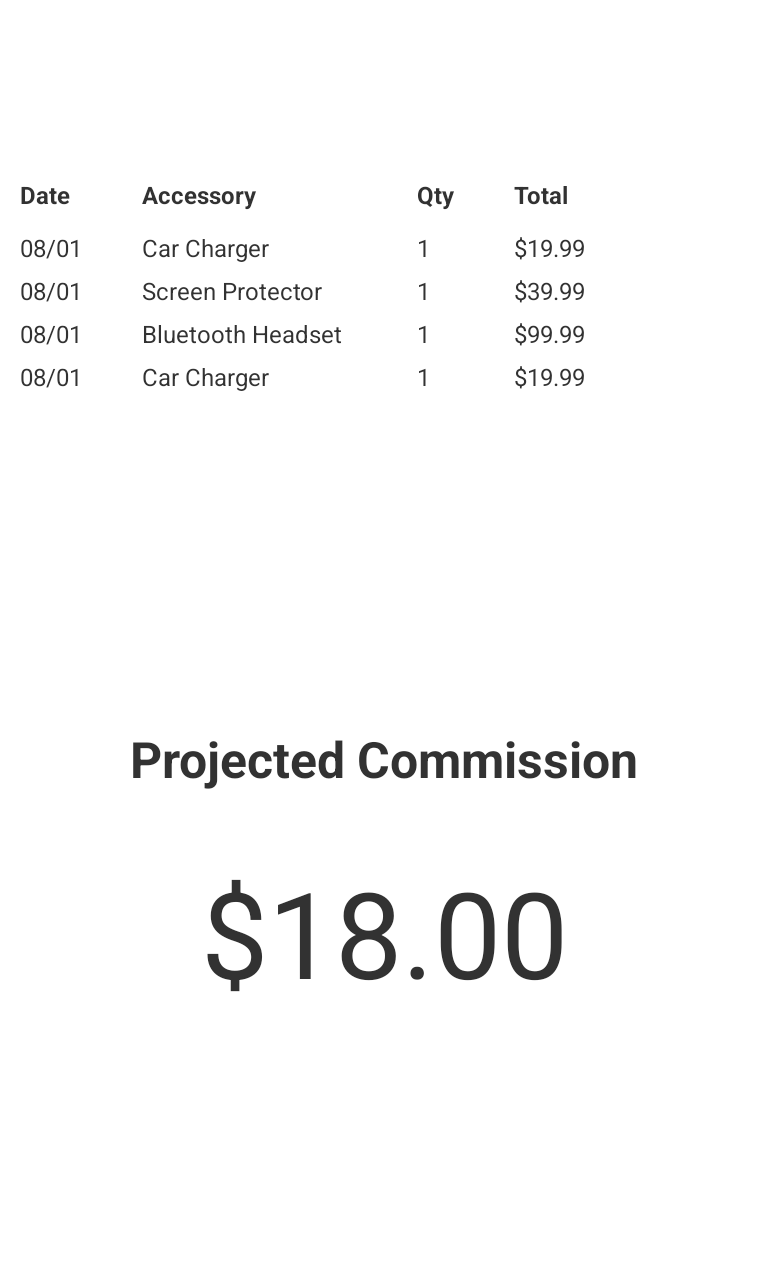
Repository: jemcphe/XCell
Layout: XCell/res/layout/data_accessory.xml
These files come from the project's save history. The layout is drawn as it stood at one moment and after the next save; the edit follows.
It is drawn on a 768 x 1280 px phone screen (xhdpi) without system bars, with theme Theme.Xcell; the app's code is not run.

Above is the layout before, as saved 2013-08-17 01:09:02.

### XCell/res/layout/data_accessory.xml
<?xml version="1.0" encoding="utf-8"?>
<RelativeLayout xmlns:android="http://schemas.android.com/apk/res/android"
    android:layout_width="match_parent"
    android:layout_height="match_parent" >

    <ScrollView
        android:id="@+id/scrollView1"
        android:layout_width="match_parent"
        android:layout_height="wrap_content"
        android:layout_alignParentLeft="true"
        android:layout_alignParentTop="true"
        android:layout_marginTop="57dp" >

        <LinearLayout
            android:layout_width="match_parent"
            android:layout_height="match_parent"
            android:orientation="vertical" >

            <GridLayout
                android:layout_width="match_parent"
                android:layout_height="wrap_content"
                android:layout_alignParentTop="true"
                android:layout_centerHorizontal="true"
                android:layout_marginLeft="10dp"
                android:layout_marginRight="10dp"
                android:layout_marginTop="32dp"
                android:columnCount="4" >
		<!-- ************************ Header Row ************************ -->
                <TextView
                    android:layout_width="wrap_content"
                    android:layout_height="wrap_content"
                    android:paddingBottom="10dp"
                    android:paddingRight="30dp"
                    android:text="Date"
                    android:textSize="12sp"
                    android:textStyle="bold" />

                <TextView
                    android:layout_width="wrap_content"
                    android:layout_height="wrap_content"
                    android:paddingBottom="10dp"
                    android:paddingRight="80dp"
                    android:text="Accessory"
                    android:textSize="12sp"
                    android:textStyle="bold" />

                <TextView
                    android:layout_width="wrap_content"
                    android:layout_height="wrap_content"
                    android:paddingBottom="10dp"
                    android:paddingRight="30dp"
                    android:text="Qty"
                    android:textSize="12sp"
                    android:textStyle="bold" />

                <TextView
                    android:layout_width="wrap_content"
                    android:layout_height="wrap_content"
                    android:paddingBottom="10dp"
                    android:text="Total"
                    android:textSize="12sp"
                    android:textStyle="bold" />

         <!-- *********************** Dummy Accessories ********************** -->

         		<TextView
                    android:layout_width="wrap_content"
                    android:layout_height="wrap_content"
                    android:paddingBottom="5dp"
                    android:paddingRight="30dp"
                    android:text="08/01"
                    android:textSize="12sp" />

                <TextView
                    android:layout_width="wrap_content"
                    android:layout_height="wrap_content"
                    android:paddingBottom="5dp"
                    android:text="Car Charger"
                    android:textSize="12sp" />

                <TextView
                    android:layout_width="wrap_content"
                    android:layout_height="wrap_content"
                    android:paddingBottom="5dp"
                    android:text="1"
                    android:textSize="12sp" />

                <TextView
                    android:layout_width="wrap_content"
                    android:layout_height="wrap_content"
                    android:paddingBottom="5dp"
                    android:text="$19.99"
                    android:textSize="12sp" />

                <!-- ********* 2 ********** -->
                <TextView
                    android:layout_width="wrap_content"
                    android:layout_height="wrap_content"
                    android:paddingBottom="5dp"
                    android:paddingRight="30dp"
                    android:text="08/01"
                    android:textSize="12sp" />

                <TextView
                    android:layout_width="wrap_content"
                    android:layout_height="wrap_content"
                    android:paddingBottom="5dp"
                    android:text="Screen Protector"
                    android:textSize="12sp" />

                <TextView
                    android:layout_width="wrap_content"
                    android:layout_height="wrap_content"
                    android:paddingBottom="5dp"
                    android:text="1"
                    android:textSize="12sp" />

                <TextView
                    android:layout_width="wrap_content"
                    android:layout_height="wrap_content"
                    android:paddingBottom="5dp"
                    android:text="$39.99"
                    android:textSize="12sp" />

                <!-- ********* 3 ********** -->
                <TextView
                    android:layout_width="wrap_content"
                    android:layout_height="wrap_content"
                    android:paddingBottom="5dp"
                    android:paddingRight="30dp"
                    android:text="08/01"
                    android:textSize="12sp" />

                <TextView
                    android:layout_width="wrap_content"
                    android:layout_height="wrap_content"
                    android:paddingBottom="5dp"
                    android:text="Bluetooth Headset"
                    android:textSize="12sp" />

                <TextView
                    android:layout_width="wrap_content"
                    android:layout_height="wrap_content"
                    android:paddingBottom="5dp"
                    android:text="1"
                    android:textSize="12sp" />

                <TextView
                    android:layout_width="wrap_content"
                    android:layout_height="wrap_content"
                    android:paddingBottom="5dp"
                    android:text="$99.99"
                    android:textSize="12sp" />

                <!-- ********* 4 ********** -->
                <TextView
                    android:layout_width="wrap_content"
                    android:layout_height="wrap_content"
                    android:paddingBottom="5dp"
                    android:paddingRight="30dp"
                    android:text="08/01"
                    android:textSize="12sp" />

                <TextView
                    android:layout_width="wrap_content"
                    android:layout_height="wrap_content"
                    android:paddingBottom="5dp"
                    android:text="Car Charger"
                    android:textSize="12sp" />

                <TextView
                    android:layout_width="wrap_content"
                    android:layout_height="wrap_content"
                    android:paddingBottom="5dp"
                    android:text="1"
                    android:textSize="12sp" />

                <TextView
                    android:layout_width="wrap_content"
                    android:layout_height="wrap_content"
                    android:paddingBottom="5dp"
                    android:text="$19.99"
                    android:textSize="12sp" />

            </GridLayout>
        </LinearLayout>
    </ScrollView>

    <LinearLayout
        android:id="@+id/data_accessoryProjectedLayout"
        android:layout_width="match_parent"
        android:layout_height="wrap_content"
        android:layout_below="@+id/scrollView1"
        android:layout_centerHorizontal="true"
        android:layout_marginTop="116dp"
        android:orientation="vertical" >

        <TextView
        android:id="@+id/data_accessoryCommissionLabel"
        android:layout_width="match_parent"
        android:layout_height="wrap_content"
        android:layout_centerHorizontal="true"
        android:gravity="center"
        android:layout_marginTop="45dp"
        android:textSize="25sp"
        android:textStyle="bold"
        android:text="Projected Commission" />

        <TextView
            android:id="@+id/data_accessoryCommissionValue"
            android:layout_width="match_parent"
            android:layout_height="wrap_content"
            android:layout_marginTop="30dp"
            android:gravity="center"
            android:text="$18.00"
            android:textSize="60sp" />

    </LinearLayout>

</RelativeLayout>

### XCell/res/values/styles_xcell.xml
<?xml version="1.0" encoding="utf-8"?>

<resources>

    <style name="Theme.Xcell" parent="@android:style/Theme.Holo.Light">
        <item name="android:actionBarItemBackground">@drawable/selectable_background_xcell</item>
        <item name="android:popupMenuStyle">@style/PopupMenu.Xcell</item>
        <item name="android:dropDownListViewStyle">@style/DropDownListView.Xcell</item>
        <item name="android:actionBarTabStyle">@style/ActionBarTabStyle.Xcell</item>
        <item name="android:actionDropDownStyle">@style/DropDownNav.Xcell</item>
        <item name="android:actionBarStyle">@style/ActionBar.Solid.Xcell</item>
        <item name="android:actionModeBackground">@drawable/cab_background_top_xcell</item>
        <item name="android:actionModeSplitBackground">@drawable/cab_background_bottom_xcell</item>
        <item name="android:actionModeCloseButtonStyle">@style/ActionButton.CloseMode.Xcell</item>


    </style>

    <style name="ActionBar.Solid.Xcell" parent="@android:style/Widget.Holo.Light.ActionBar.Solid">
        <item name="android:background">@drawable/ab_background_textured_xcell</item>
        <item name="android:backgroundStacked">@drawable/ab_stacked_solid_xcell</item>
        <item name="android:backgroundSplit">@drawable/ab_background_textured_xcell</item>
        <item name="android:progressBarStyle">@style/ProgressBar.Xcell</item>
    </style>

    <style name="ActionBar.Transparent.Xcell" parent="@android:style/Widget.Holo.Light.ActionBar">
        <item name="android:background">@drawable/ab_transparent_xcell</item>
        <item name="android:progressBarStyle">@style/ProgressBar.Xcell</item>
    </style>

    <style name="PopupMenu.Xcell" parent="@android:style/Widget.Holo.Light.ListPopupWindow">
        <item name="android:popupBackground">@drawable/menu_dropdown_panel_xcell</item>
    </style>

    <style name="DropDownListView.Xcell" parent="@android:style/Widget.Holo.Light.ListView.DropDown">
        <item name="android:listSelector">@drawable/selectable_background_xcell</item>
    </style>

    <style name="ActionBarTabStyle.Xcell" parent="@android:style/Widget.Holo.Light.ActionBar.TabView">
        <item name="android:background">@drawable/tab_indicator_ab_xcell</item>
    </style>

    <style name="DropDownNav.Xcell" parent="@android:style/Widget.Holo.Light.Spinner">
        <item name="android:background">@drawable/spinner_background_ab_xcell</item>
        <item name="android:popupBackground">@drawable/menu_dropdown_panel_xcell</item>
        <item name="android:dropDownSelector">@drawable/selectable_background_xcell</item>
    </style>

    <style name="ProgressBar.Xcell" parent="@android:style/Widget.Holo.Light.ProgressBar.Horizontal">
        <item name="android:progressDrawable">@drawable/progress_horizontal_xcell</item>
    </style>

    <style name="ActionButton.CloseMode.Xcell" parent="@android:style/Widget.Holo.Light.ActionButton.CloseMode">
        <item name="android:background">@drawable/btn_cab_done_xcell</item>
    </style>

    <!-- this style is only referenced in a Light.DarkActionBar based theme -->
    <style name="Theme.Xcell.Widget" parent="@android:style/Theme.Holo">
        <item name="android:popupMenuStyle">@style/PopupMenu.Xcell</item>
        <item name="android:dropDownListViewStyle">@style/DropDownListView.Xcell</item>
    </style>

</resources>

### XCell/res/drawable/selectable_background_xcell.xml
<?xml version="1.0" encoding="utf-8"?>
<!-- File created by the Android Action Bar Style Generator

     Copyright (C) 2011 The Android Open Source Project
     Copyright (C) 2012 readyState Software Ltd

     Licensed under the Apache License, Version 2.0 (the "License");
     you may not use this file except in compliance with the License.
     You may obtain a copy of the License at

          http://www.apache.org/licenses/LICENSE-2.0

     Unless required by applicable law or agreed to in writing, software
     distributed under the License is distributed on an "AS IS" BASIS,
     WITHOUT WARRANTIES OR CONDITIONS OF ANY KIND, either express or implied.
     See the License for the specific language governing permissions and
     limitations under the License.
-->

<selector xmlns:android="http://schemas.android.com/apk/res/android"
        android:exitFadeDuration="@android:integer/config_mediumAnimTime" >
    <item android:state_pressed="false" android:state_focused="true" android:drawable="@drawable/list_focused_xcell" />
    <item android:state_pressed="true" android:drawable="@drawable/pressed_background_xcell" />
    <item android:drawable="@android:color/transparent" />
</selector>

### XCell/res/drawable/btn_cab_done_xcell.xml
<?xml version="1.0" encoding="utf-8"?>
<!-- File created by the Android Action Bar Style Generator

     Copyright (C) 2011 The Android Open Source Project
     Copyright (C) 2012 readyState Software Ltd

     Licensed under the Apache License, Version 2.0 (the "License");
     you may not use this file except in compliance with the License.
     You may obtain a copy of the License at

          http://www.apache.org/licenses/LICENSE-2.0

     Unless required by applicable law or agreed to in writing, software
     distributed under the License is distributed on an "AS IS" BASIS,
     WITHOUT WARRANTIES OR CONDITIONS OF ANY KIND, either express or implied.
     See the License for the specific language governing permissions and
     limitations under the License.
-->

<selector xmlns:android="http://schemas.android.com/apk/res/android">
    <item android:state_pressed="true"
        android:drawable="@drawable/btn_cab_done_pressed_xcell" />
    <item android:state_focused="true" android:state_enabled="true"
        android:drawable="@drawable/btn_cab_done_focused_xcell" />
    <item android:state_enabled="true"
        android:drawable="@drawable/btn_cab_done_default_xcell" />
</selector>

### XCell/res/drawable/ab_background_textured_xcell.xml
<?xml version="1.0" encoding="utf-8"?>
<!-- File created by the Android Action Bar Style Generator

     Copyright (C) 2012 readyState Software Ltd

     Licensed under the Apache License, Version 2.0 (the "License");
     you may not use this file except in compliance with the License.
     You may obtain a copy of the License at

          http://www.apache.org/licenses/LICENSE-2.0

     Unless required by applicable law or agreed to in writing, software
     distributed under the License is distributed on an "AS IS" BASIS,
     WITHOUT WARRANTIES OR CONDITIONS OF ANY KIND, either express or implied.
     See the License for the specific language governing permissions and
     limitations under the License.
-->

<bitmap xmlns:android="http://schemas.android.com/apk/res/android"
    android:src="@drawable/ab_texture_tile_xcell"
    android:tileMode="repeat" />

### XCell/res/drawable/progress_horizontal_xcell.xml
<?xml version="1.0" encoding="utf-8"?>
<!-- File created by the Android Action Bar Style Generator

     Copyright (C) 2011 The Android Open Source Project
     Copyright (C) 2012 readyState Software Ltd

     Licensed under the Apache License, Version 2.0 (the "License");
     you may not use this file except in compliance with the License.
     You may obtain a copy of the License at

          http://www.apache.org/licenses/LICENSE-2.0

     Unless required by applicable law or agreed to in writing, software
     distributed under the License is distributed on an "AS IS" BASIS,
     WITHOUT WARRANTIES OR CONDITIONS OF ANY KIND, either express or implied.
     See the License for the specific language governing permissions and
     limitations under the License.
-->

<layer-list xmlns:android="http://schemas.android.com/apk/res/android">

    <item android:id="@android:id/background"
          android:drawable="@drawable/progress_bg_xcell" />

    <item android:id="@android:id/secondaryProgress">
        <scale android:scaleWidth="100%"
               android:drawable="@drawable/progress_secondary_xcell" />
    </item>

    <item android:id="@android:id/progress">
        <scale android:scaleWidth="100%"
               android:drawable="@drawable/progress_primary_xcell" />
    </item>

</layer-list>

### XCell/res/drawable/spinner_background_ab_xcell.xml
<?xml version="1.0" encoding="utf-8"?>
<!-- File created by the Android Action Bar Style Generator

     Copyright (C) 2011 The Android Open Source Project
     Copyright (C) 2012 readyState Software Ltd

     Licensed under the Apache License, Version 2.0 (the "License");
     you may not use this file except in compliance with the License.
     You may obtain a copy of the License at

          http://www.apache.org/licenses/LICENSE-2.0

     Unless required by applicable law or agreed to in writing, software
     distributed under the License is distributed on an "AS IS" BASIS,
     WITHOUT WARRANTIES OR CONDITIONS OF ANY KIND, either express or implied.
     See the License for the specific language governing permissions and
     limitations under the License.
-->

<selector xmlns:android="http://schemas.android.com/apk/res/android">
    <item android:state_enabled="false"
        android:drawable="@drawable/spinner_ab_disabled_xcell" />
    <item android:state_pressed="true"
        android:drawable="@drawable/spinner_ab_pressed_xcell" />
    <item android:state_pressed="false" android:state_focused="true"
        android:drawable="@drawable/spinner_ab_focused_xcell" />
    <item android:drawable="@drawable/spinner_ab_default_xcell" />
</selector>

### XCell/res/drawable/tab_indicator_ab_xcell.xml
<?xml version="1.0" encoding="utf-8"?>
<!-- File created by the Android Action Bar Style Generator

     Copyright (C) 2011 The Android Open Source Project
     Copyright (C) 2012 readyState Software Ltd

     Licensed under the Apache License, Version 2.0 (the "License");
     you may not use this file except in compliance with the License.
     You may obtain a copy of the License at

          http://www.apache.org/licenses/LICENSE-2.0

     Unless required by applicable law or agreed to in writing, software
     distributed under the License is distributed on an "AS IS" BASIS,
     WITHOUT WARRANTIES OR CONDITIONS OF ANY KIND, either express or implied.
     See the License for the specific language governing permissions and
     limitations under the License.
-->

<selector xmlns:android="http://schemas.android.com/apk/res/android">
    <!-- Non focused states -->
    <item android:state_focused="false" android:state_selected="false" android:state_pressed="false" android:drawable="@android:color/transparent"/>
    <item android:state_focused="false" android:state_selected="true"  android:state_pressed="false" android:drawable="@drawable/tab_selected_xcell" />

    <!-- Focused states -->
    <item android:state_focused="true" android:state_selected="false" android:state_pressed="false" android:drawable="@drawable/tab_unselected_focused_xcell" />
    <item android:state_focused="true" android:state_selected="true"  android:state_pressed="false" android:drawable="@drawable/tab_selected_focused_xcell" />

    <!-- Pressed -->
    <!--    Non focused states -->
    <item android:state_focused="false" android:state_selected="false" android:state_pressed="true" android:drawable="@drawable/tab_unselected_pressed_xcell" />
    <item android:state_focused="false" android:state_selected="true"  android:state_pressed="true" android:drawable="@drawable/tab_selected_pressed_xcell" />

    <!--    Focused states -->
    <item android:state_focused="true" android:state_selected="false" android:state_pressed="true" android:drawable="@drawable/tab_unselected_pressed_xcell" />
    <item android:state_focused="true" android:state_selected="true"  android:state_pressed="true" android:drawable="@drawable/tab_selected_pressed_xcell" />
</selector>

### XCell/res/drawable/pressed_background_xcell.xml
<?xml version="1.0" encoding="utf-8"?>
<!-- File created by the Android Action Bar Style Generator

     Copyright (C) 2011 The Android Open Source Project
     Copyright (C) 2012 readyState Software Ltd

     Licensed under the Apache License, Version 2.0 (the "License");
     you may not use this file except in compliance with the License.
     You may obtain a copy of the License at

          http://www.apache.org/licenses/LICENSE-2.0

     Unless required by applicable law or agreed to in writing, software
     distributed under the License is distributed on an "AS IS" BASIS,
     WITHOUT WARRANTIES OR CONDITIONS OF ANY KIND, either express or implied.
     See the License for the specific language governing permissions and
     limitations under the License.
-->

<shape xmlns:android="http://schemas.android.com/apk/res/android" android:shape="rectangle">
    <solid android:color="@color/pressed_xcell" />
</shape>

### XCell/res/values/colors_xcell.xml
<?xml version="1.0" encoding="utf-8"?>
<!-- File created by the Android Action Bar Style Generator

     Copyright (C) 2011 The Android Open Source Project
     Copyright (C) 2012 readyState Software Ltd

     Licensed under the Apache License, Version 2.0 (the "License");
     you may not use this file except in compliance with the License.
     You may obtain a copy of the License at

          http://www.apache.org/licenses/LICENSE-2.0

     Unless required by applicable law or agreed to in writing, software
     distributed under the License is distributed on an "AS IS" BASIS,
     WITHOUT WARRANTIES OR CONDITIONS OF ANY KIND, either express or implied.
     See the License for the specific language governing permissions and
     limitations under the License.
-->

<resources>
    <color name="pressed_xcell">#CC33B5E5</color>
    <color name="background_xcell">#d8e8e8</color>
    <color name="xcell_blue">#12679b</color>
</resources>

After the next save:
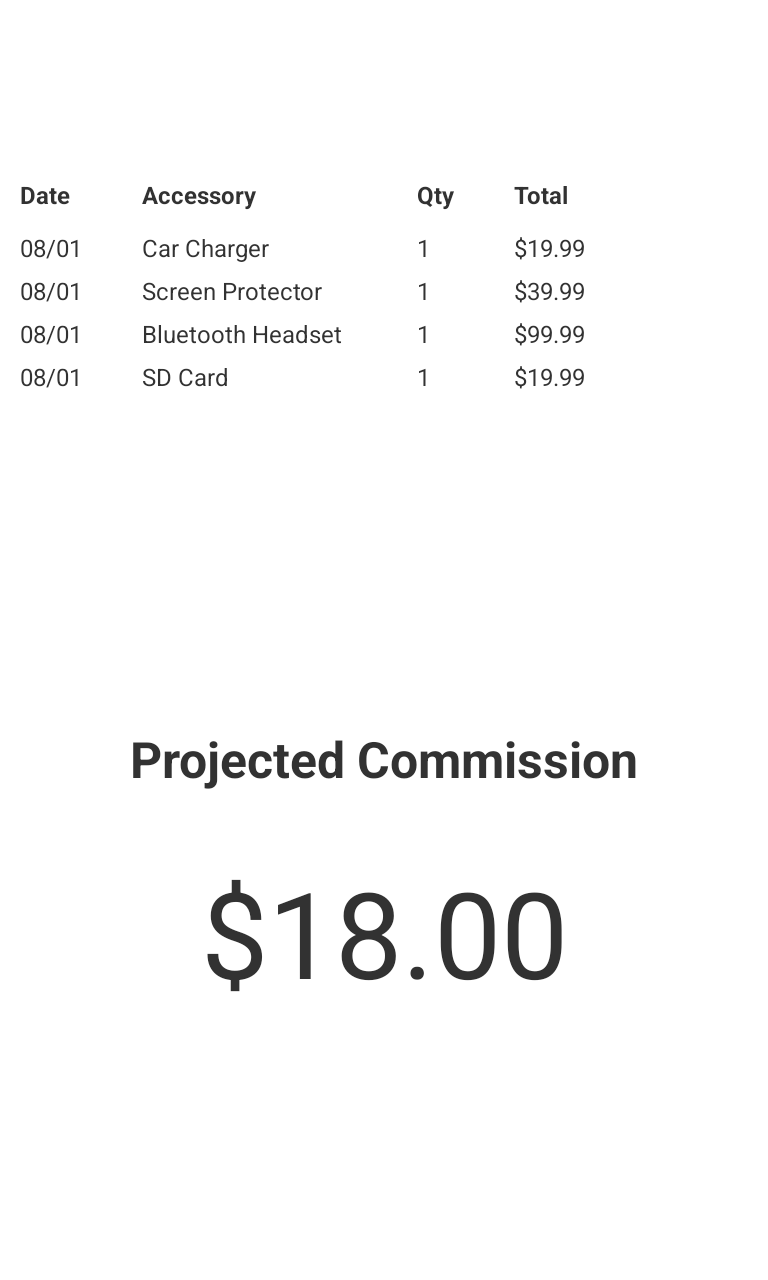
Saved 12 s later.
--- a/XCell/res/layout/data_accessory.xml
+++ b/XCell/res/layout/data_accessory.xml
@@ -165,7 +165,7 @@
                     android:layout_width="wrap_content"
                     android:layout_height="wrap_content"
                     android:paddingBottom="5dp"
-                    android:text="Car Charger"
+                    android:text="SD Card"
                     android:textSize="12sp" />
 
                 <TextView
